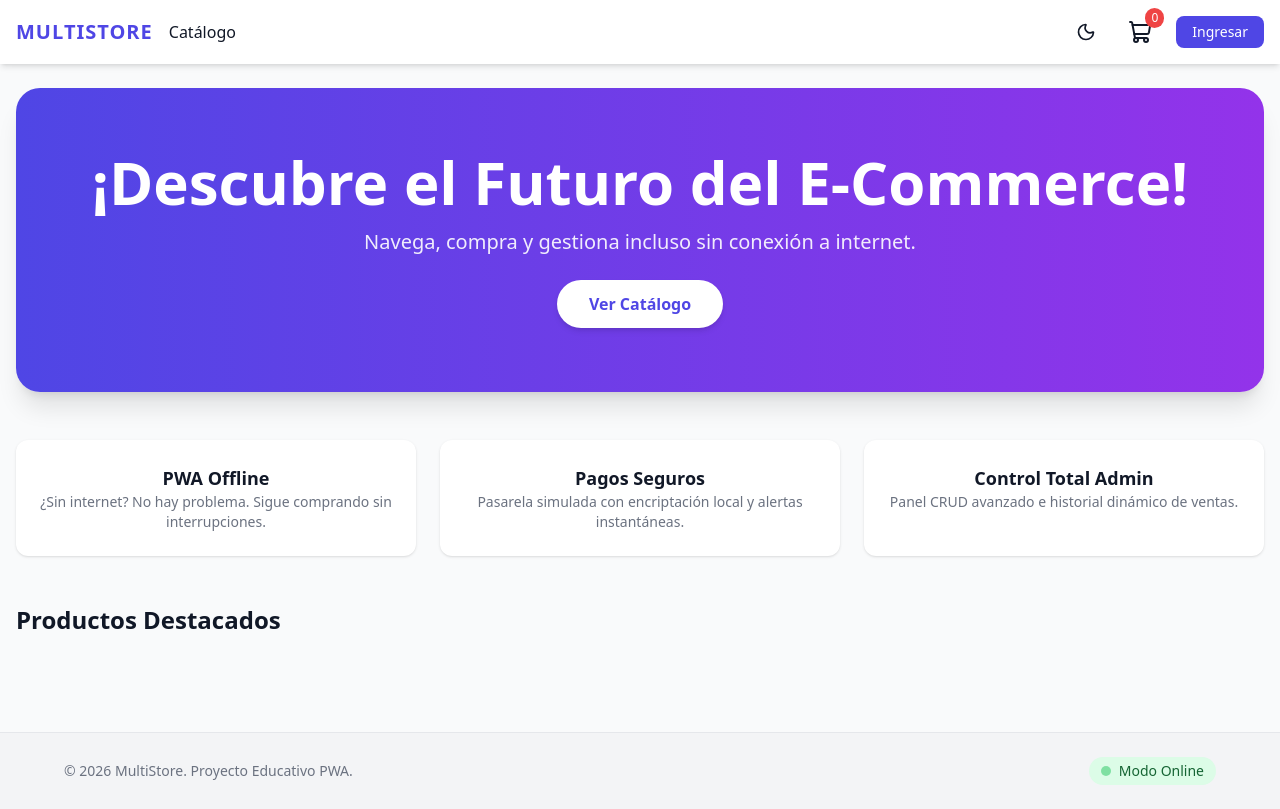
Repository: jamedina22-max/Actividad-de-clase-extra-Jes-s-Medina-
Page: index.html
The author's editor kept a copy of each file at every save. The page is drawn from the files as they stood at one save, then again after the next save.
The browser window is 1280 px wide. The pictures show the whole page.
The page's requests for data from a server got no answer. Some web libraries are served in a nearby version.

Above is the page before, as saved 2026-06-11 09:08:44.

After the next save:
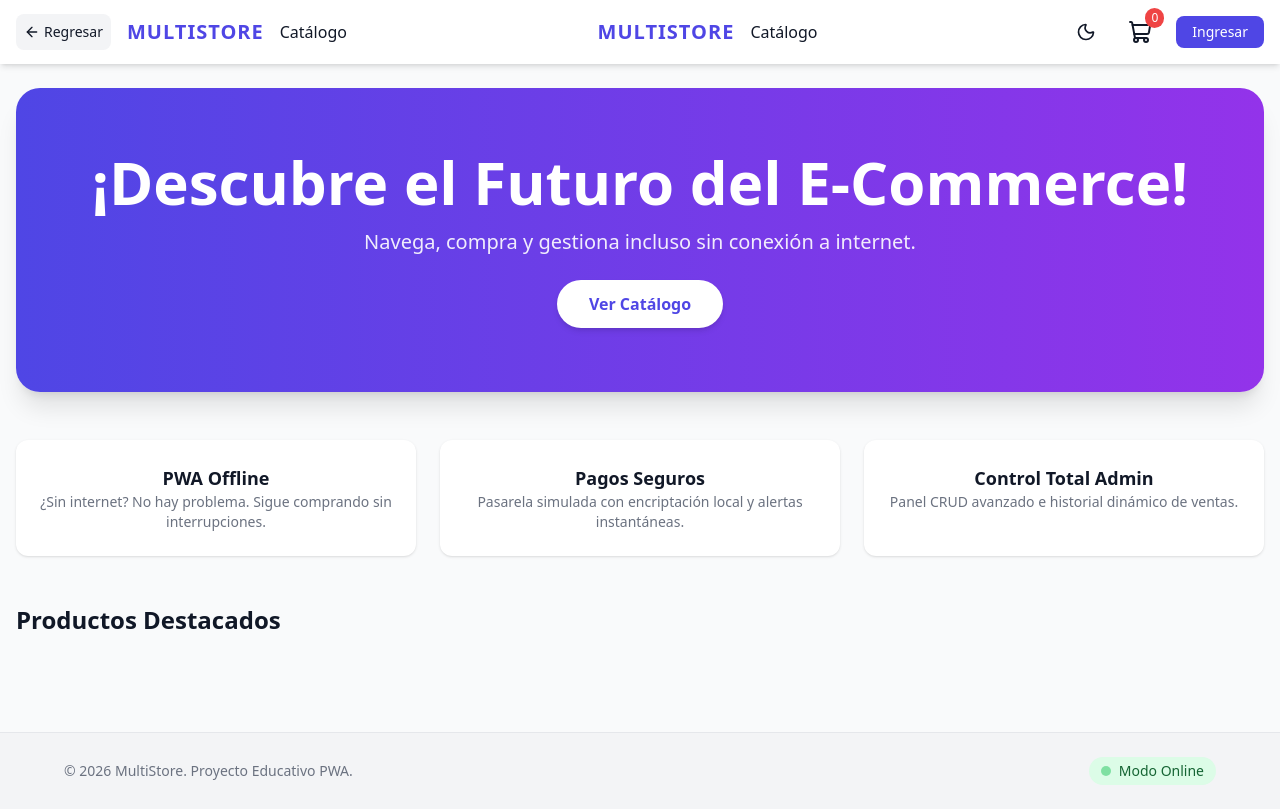
Saved 8 min 4 s later.
--- a/index.html
+++ b/index.html
@@ -14,6 +14,21 @@
 <body class="bg-gray-50 text-gray-900 dark:bg-gray-900 dark:text-gray-100 min-h-screen flex flex-col transition-colors duration-300">
 
     <nav class="bg-white dark:bg-gray-800 shadow-md sticky top-0 z-50 px-4 py-3 flex justify-between items-center">
+
+        <div class="flex items-center space-x-4">
+        <button onclick="navigate('landing')" class="p-2 rounded-lg bg-gray-100 dark:bg-gray-700 hover:bg-gray-200 dark:hover:bg-gray-600 transition flex items-center space-x-1 text-sm font-medium">
+        <i data-lucide="arrow-left" class="w-4 h-4"></i>
+        <span class="hidden sm:inline">Regresar</span>
+        </button>
+
+        <a href="#" onclick="navigate('landing')" class="text-xl font-bold tracking-wider text-indigo-600 dark:text-indigo-400">MULTISTORE</a>
+
+        <div id="nav-links" class="hidden md:flex space-x-4">
+        <button onclick="navigate('catalog')" class="hover:text-indigo-500">Catálogo</button>
+        <button id="btn-admin-panel" onclick="navigate('admin')" class="hidden hover:text-red-500 font-semibold">Panel Admin</button>
+        </div>
+        </div>
+
         <div class="flex items-center space-x-4">
             <a href="#" onclick="navigate('landing')" class="text-xl font-bold tracking-wider text-indigo-600 dark:text-indigo-400">MULTISTORE</a>
             <div id="nav-links" class="hidden md:flex space-x-4">
